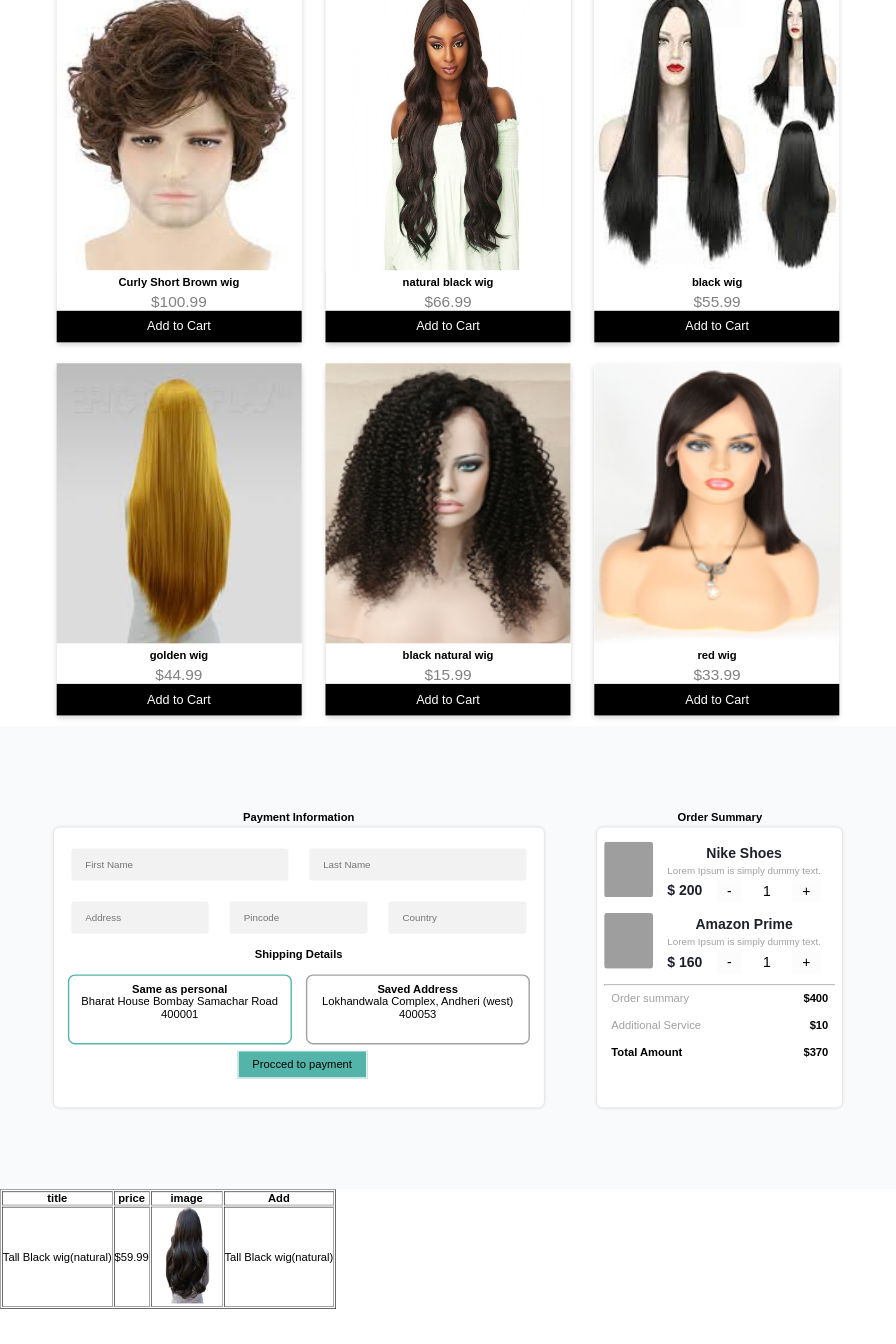
Repository: Zzero202/Zzero202
Page: index.html
These files come from the project's save history. The page is drawn as it stood at one moment and after the next save; the edit follows.
The browser window is 1280 px wide. The pictures show the part of the page from y = 1230 to 3150 px (the page is 3150 px tall), at 70% of full size.
Pictures or frames that could not be fetched are drawn as grey boxes. A picture or video elsewhere on the page could not be fetched, so the positions and the page height are approximate.

Above is the page before, as saved 2021-12-09 01:45:14.

After the next save:
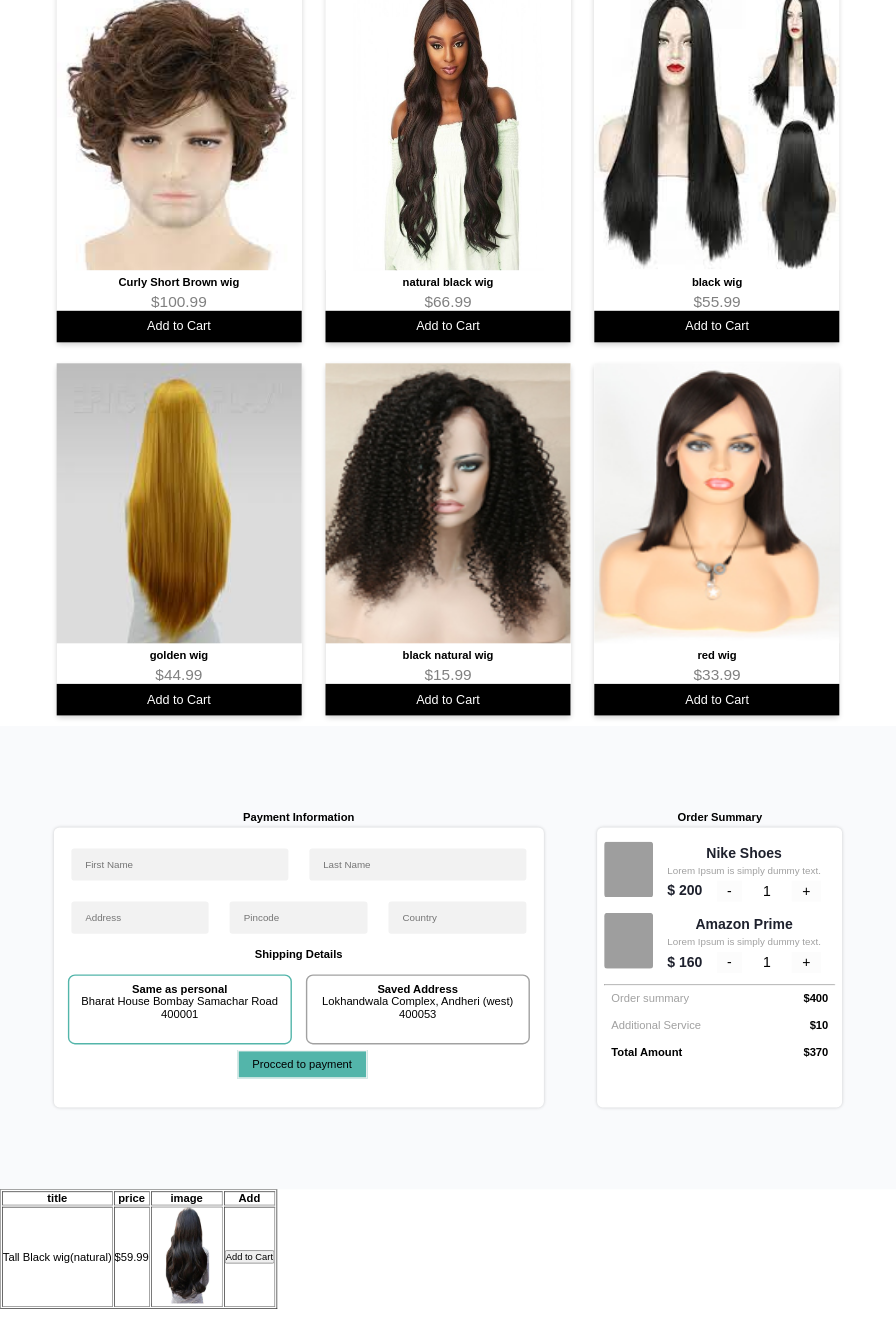
Saved 28 s later.
--- a/index.html
+++ b/index.html
@@ -628,7 +628,7 @@ footer a {
         <td>Tall Black wig(natural)</td>
         <td>$59.99</td>
         <td><img src="img/1.jpg" width="100" alt=""></td>
-        <td>Tall Black wig(natural)</td>
+        <td><button>Add to Cart</button></td>
       </tr>
     </tbody>
   </table>
